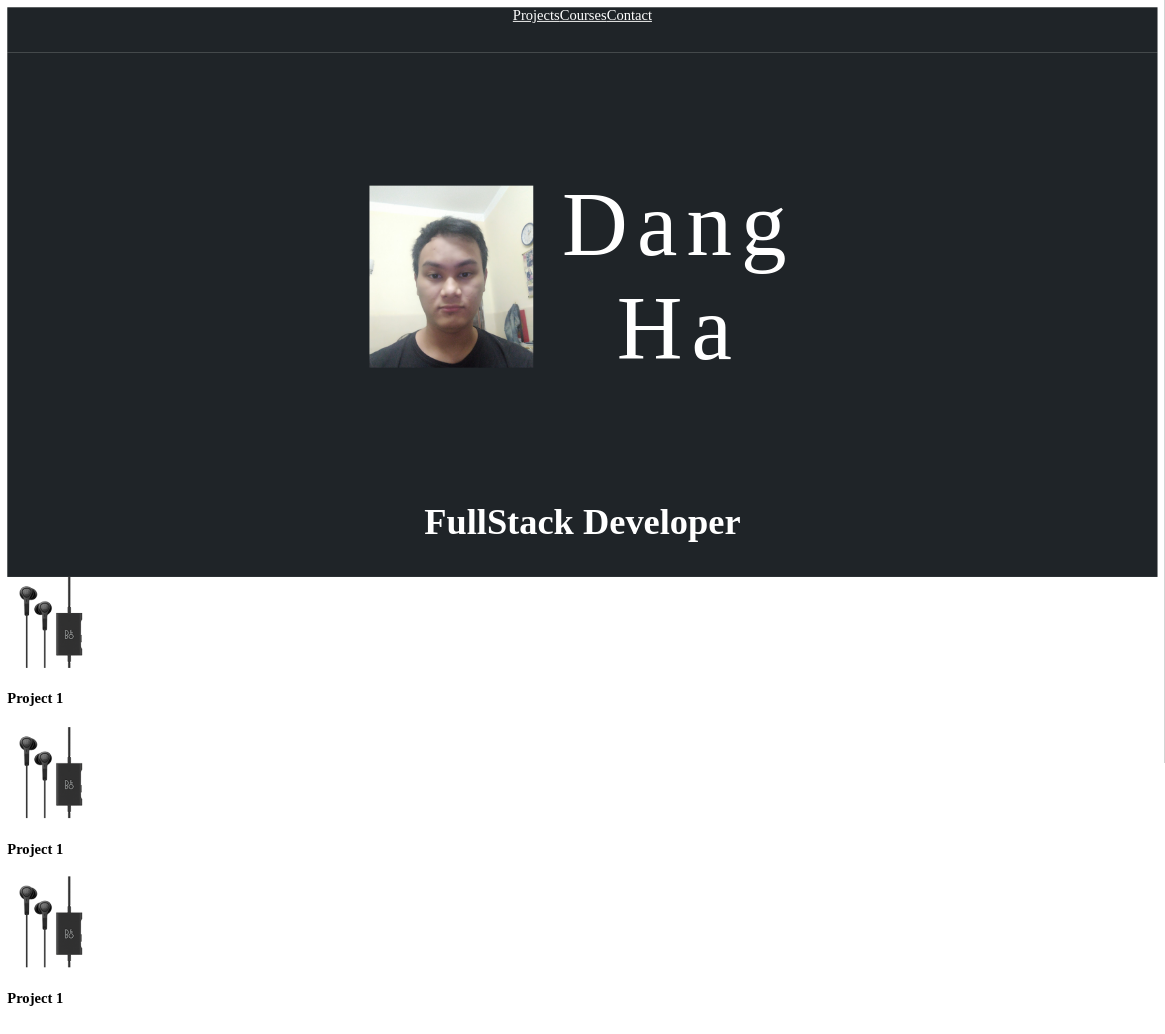
Repository: hagit01/ha-portfolio
Page: home.html
An editor plug-in stored every save of this project. The page is shown before and after the next save, followed by the edit.
The browser window is 1280 px wide. The pictures show the whole page, at 91% of full size.

Above is the page before, as saved 2021-07-30 10:33:02.

After the next save:
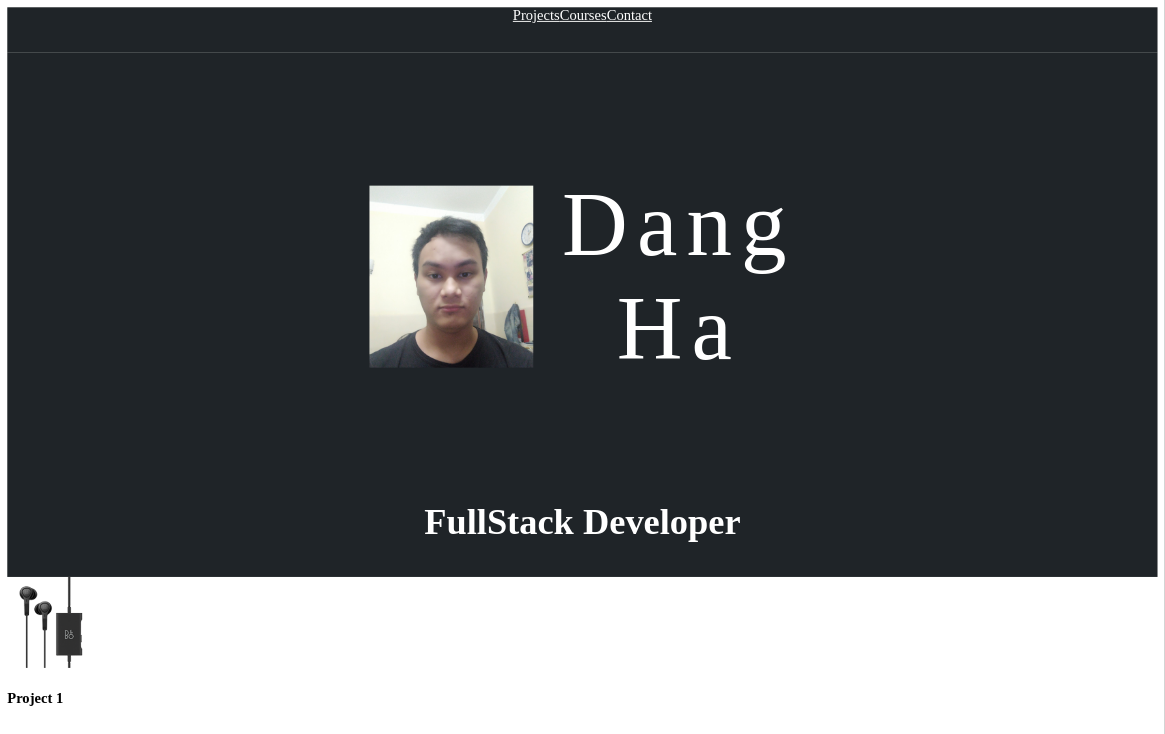
Saved 23 s later.
--- a/home.html
+++ b/home.html
@@ -48,22 +48,7 @@
                 </div>
             </div>
         </div>
-        <div class="projects--wrapper">
-            <div class="project--column">
-                <img class="project--thumbnail" src="images/1.png" alt="" >
-                <div class="project--body">
-                    <h4>Project 1</h4>
-                </div>
-            </div>
-        </div>
-        <div class="projects--wrapper">
-            <div class="project--column">
-                <img class="project--thumbnail" src="images/1.png" alt="" >
-                <div class="project--body">
-                    <h4>Project 1</h4>
-                </div>
-            </div>
-        </div>
+
     </section>
 
 </body>
